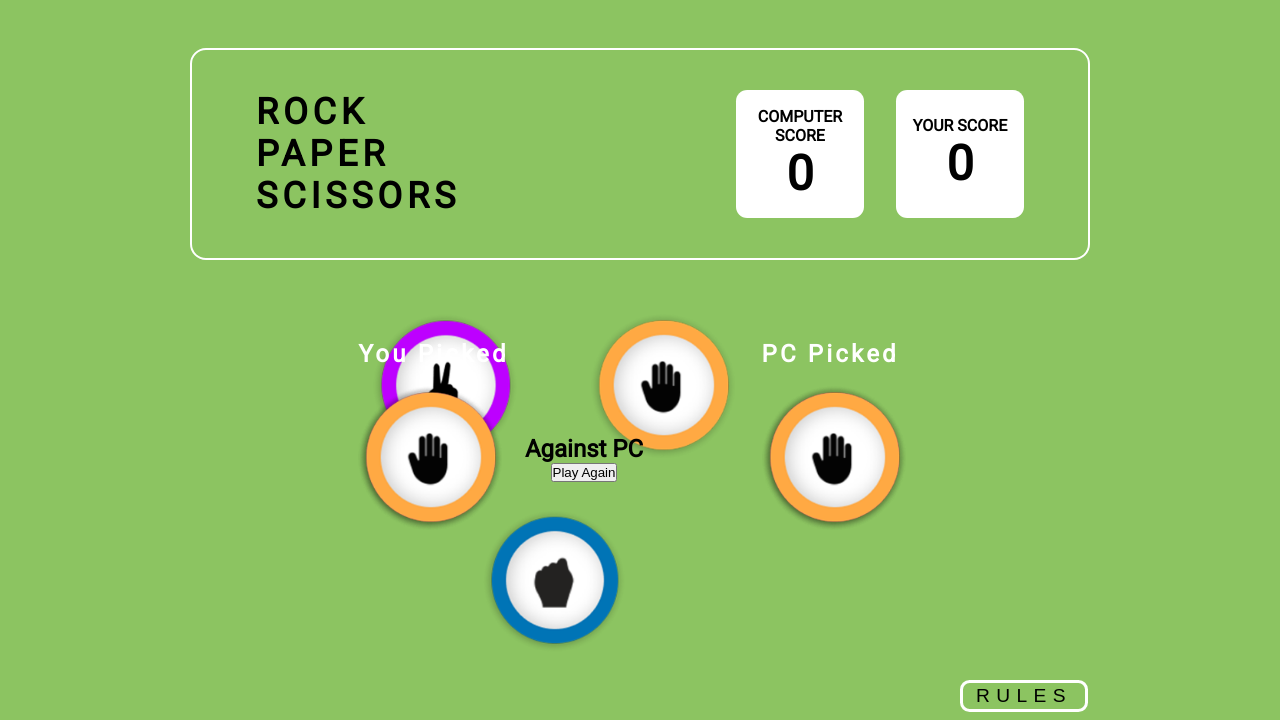
Repository: drumsmanku/Major-module-project-1
Page: index.html
An editor plug-in stored every save of this project. The page is shown before and after the next save, followed by the edit.
The browser window is 1280 px wide. The pictures show the whole page.

Above is the page before, as saved 2023-04-30 11:07:45.

### index.html
<!DOCTYPE html>
<html lang="en">
<head>
  <meta charset="UTF-8">
  <meta http-equiv="X-UA-Compatible" content="IE=edge">
  <meta name="viewport" content="width=device-width, initial-scale=1.0">
  <link rel="stylesheet" href="styles.css">
  <title>Module Project 1 </title>
</head>
<body>
  <div class="main-container">
    <div class="first-container">
      <div class="text">
        <h1>ROCK PAPER SCISSORS</h1>
      </div>
      <div class="two-boxes">
        <div class="computer-score">
          <h4>COMPUTER SCORE</h4>
          <h1>0</h1>
        </div>
        <div class="your-score">
          <h4>YOUR SCORE</h4>
          <h1>0</h1>
        </div>
      </div>

    </div>

    <div class="second-main-container">
      <div class="second-main-main-first-container ">
        <div class="second-first-main-container">
          <div class="two-buttons">
            <button class="btn-2"><img src="2.png" alt=""></button>
            <button class="btn-3"><img src="3.png" alt=""></button>
          </div>
          <button class="btn-1"> <img src="1.png" alt=""></button>
        </div>
        <div class="second-second-main-container">
          <div class="img-container">
            <img id="rules-img" src="4.png" alt="">
            <button id="my-btn">
              <p>X</p><img src="x.png" alt="">
            </button>
          </div>
        </div>

      </div>
       <div class="second-main-main-second-conainer">
        <div class="cont">
          <div class="images-div">
            <p>You Picked</p>
            <img src="1.png" alt="">
            <img src="2.png" alt="">
            <img src="3.png" alt="">
          </div>
          <div class="who-won">
            <p class="won"></p>
            <p class="against">Against PC</p>
            <button class="play-again">Play Again</button>
          </div>
          <div class="images-div-for-pc">
            <p>PC Picked</p>
            <img src="1.png" alt="">
            <img src="2.png" alt="">
            <img src="3.png" alt="">
          </div>
        </div>


       </div>
    </div>
    <div class="bottom-btn"><button id="rule-btn">RULES</button></div>

  </div>

  <script src="script.js"></script>
</body>
</html>

### styles.css
@import url('https://fonts.googleapis.com/css2?family=Roboto&display=swap');

*{
  padding: 0;
  margin: 0;
}

body{
  background-color: #8CC461;
}
.main-container{
  display: flex;
  flex-direction: column;
  align-items: center;
}
.first-container{
  height: 5rem;
  width: 60vw;
  border: 2px solid white;
  background: none;
  border-radius: 1rem;
  padding: 4rem;
  display: flex;
  flex-direction: row;
  align-items: center;
  justify-content: space-between;
  margin-top: 3rem;
}
.text{
  height: inherit;
  width: 20%;
  display: flex;
  flex-wrap: wrap;
  flex-direction: column;
  font-family: 'Roboto';
  letter-spacing: 0.3rem;
  font-size: large;
  justify-content: center;
  align-items: center;
}

.computer-score{
  display: flex;
  flex-direction: column;
  height: 8rem;
  width: 8rem;
  flex-wrap: wrap;
  font-family: 'Roboto';
  justify-content: center;
  align-items: center;
  background-color: white;
  text-align: center;
  border-radius: 0.7rem;
}
.computer-score>h1{
  font-weight: 800;
  font-size: 3rem;
}
.your-score{
  display: flex;
  flex-direction: column;
  height: 8rem;
  width: 8rem;
  flex-wrap: wrap;
  font-family: 'Roboto';
  justify-content: center;
  align-items: center;
  background-color: white;
  text-align: center;
  border-radius: 0.7rem;
  margin-left: 2rem;
}
.your-score>h1{
  font-weight: 800;
  font-size: 3rem;
}
.two-boxes{
  display: flex;
  flex-direction: row;
  justify-content: space-between;
}
.second-main-container{
  position: relative;
  width: 100vw;
}
.second-main-main-first-container{
  display: flex;
  flex-direction: row;
  justify-content: flex-end;
  width: 100vw;

}
.hide{
  display: none;
}
.second-first-main-container{
  display: flex;
  flex-direction: column;
  justify-content: flex-end;
  align-items: center;
  height: 55vh;
  width: 40vw;
}
.two-buttons{
  width: inherit;
  display: flex;
  flex-direction: row;
  justify-content: space-evenly;
  margin-bottom: 3rem;
}
.btn-1{
  background: none;
  border:none;
  cursor: pointer;
}
.btn-2{
  background: none;
  border:none;
  cursor: pointer;
}
.btn-3{
  background: none;
  border:none;
  cursor: pointer;
}
.second-first-main-container img{
  width: 9rem;
}

.second-second-main-container{
  display: flex;
  align-items: flex-end;
  margin-right: 12rem;
}
.second-second-main-container .img-container button{
  background: none;
  border: none;
  cursor: pointer;
  z-index: 999;
  position: absolute;
  top: -10%;
  left: 90%;
  bottom: 21rem;
  text-align: center;
  font-size:3.2rem;
  font-weight: bolder;
}
.second-second-main-container .img-container button>p{
  position: absolute;
  margin-left: 0.9rem;

  color: aliceblue;
  font-family: 'Roboto';
}
.img-container{
  position: relative;
  display: inline-block;
}
#rules-img, #my-btn{
  transform: scale(0);
}
#rules-img.appear{
  animation: open 0.4s ease-in-out forwards;
  transform-origin: top right;
}
#my-btn.appear{
  animation: open 0.1s ease-in-out 0.3s forwards;

}
#rules-img.disappear{
  animation: close 0.4s ease-in-out forwards;
  transform-origin: top right;
}
#my-btn.disappear{
  animation:close 0.1s ease-in-out 0.3s forwards;
}
@keyframes open{
  from{
    transform: scale(0);
  }
  to{
    transform: scale(1);
  }
}
@keyframes close{
  from{
    transform: scale(1);
  }
  to{
    transform: scale(0);
  }
}

#rule-btn{
  background: none;
  border: 3px solid white;
  border-radius: 0.6rem;
  height: 2rem;
  width: 8rem;
  font-size:1.2rem;
  letter-spacing: 0.4rem;
  cursor: pointer;
}
.bottom-btn{
  width: 100vw;
  display: flex;
  justify-content: flex-end;
  margin-top: 1.5rem;

}
.bottom-btn button{
  margin-right: 12rem;
}

.images-div{
  position: relative;
  display: flex;
  justify-content: center;
  align-items: center;
  height: 55vh;
  flex-direction: column;
  /* width: 100vw; */
}
.images-div img{
  position: absolute;
  left: 30%;
  width: 9rem;

}
.images-div p{
  position: absolute;
  left: 30%;
  top: 5rem;
  letter-spacing: 0.2rem;
  color: white;
  font-size: x-large;
  font-weight: bold;
  font-family: 'Roboto';
  width: 10rem;
}
.images-div-for-pc{
  position: relative;
  display: flex;
  justify-content: center;
  align-items: center;
  height: 55vh;
  flex-direction: column;
}
.images-div-for-pc img{
  position: absolute;
  left: 60%;
  width: 9rem;
}
.images-div-for-pc p{
  position: absolute;
  left: 60%;
  top: 5rem;
  letter-spacing: 0.2rem;
  color: white;
  font-size: x-large;
  font-weight: bold;
  font-family: 'Roboto';
  width: 9rem;
}
.second-main-main-second-conainer{
  position: absolute;
  top: 0;
  width: inherit;
  display: flex;
  flex-direction: row;
  justify-content: center;
  align-items: center;
}
.cont{
  display: flex;
  flex-direction: row;
  height: inherit;
  width: 50%;
  justify-content: space-evenly;
  align-items: center;
  margin-left: -10rem;
}
.against{
  font-size: x-large;
  columns: white;
  font-weight: bold;
  font-family: 'roboto';
}
.who-won{
  display: flex;
  flex-direction: column;
  align-items: center;
  justify-content: center;
  margin-left: 3rem;
}

### script.js
const myimg=document.querySelector("#rules-img");
const closebtn=document.querySelector("#my-btn");
const ruleOpen=document.querySelector("#rule-btn");

ruleOpen.addEventListener("click", ()=>{
  myimg.classList.add("appear");
  closebtn.classList.add("appear");
  myimg.classList.remove("disappear");
  closebtn.classList.remove("disappear");
});
closebtn.addEventListener("click", ()=>{
  myimg.classList.add("disappear");
  closebtn.classList.add("disappear");
  myimg.classList.remove("appear");
  closebtn.classList.remove("appear");
});

After the next save:
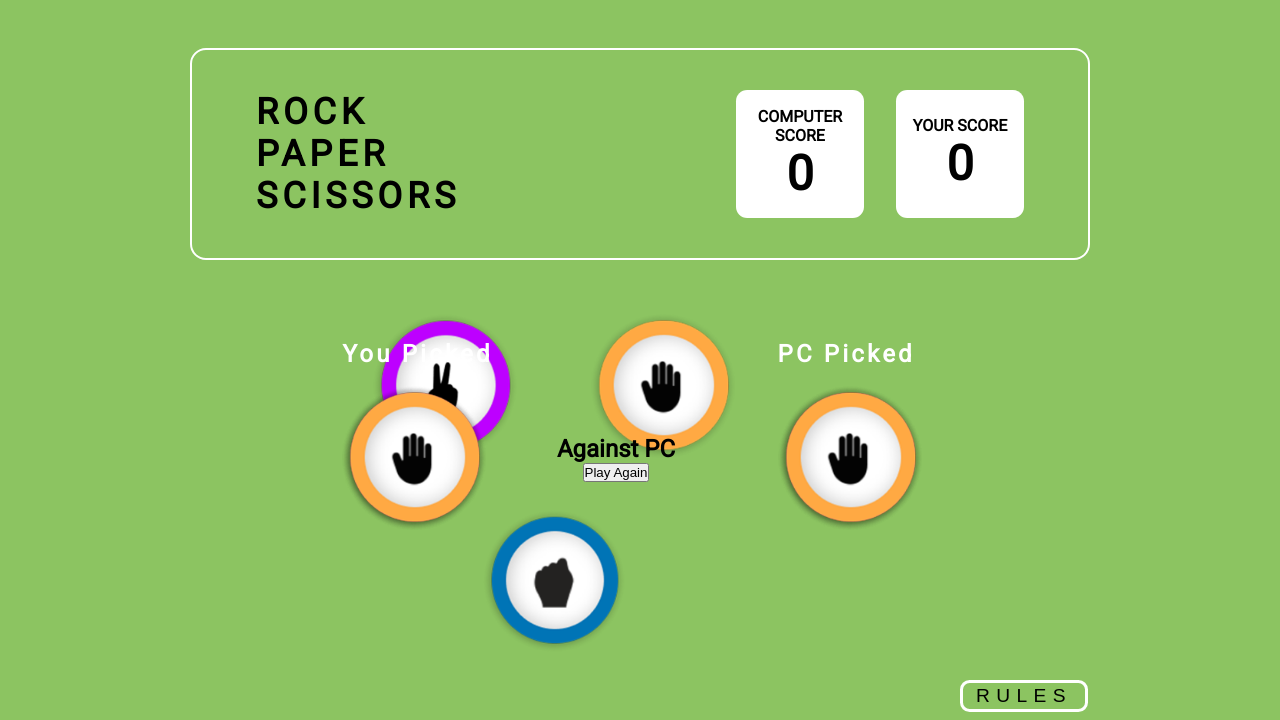
Saved 27 s later.
--- a/styles.css
+++ b/styles.css
@@ -291,5 +291,5 @@ body{
   flex-direction: column;
   align-items: center;
   justify-content: center;
-  margin-left: 3rem;
-}
+  margin-left: 7rem;
+}
